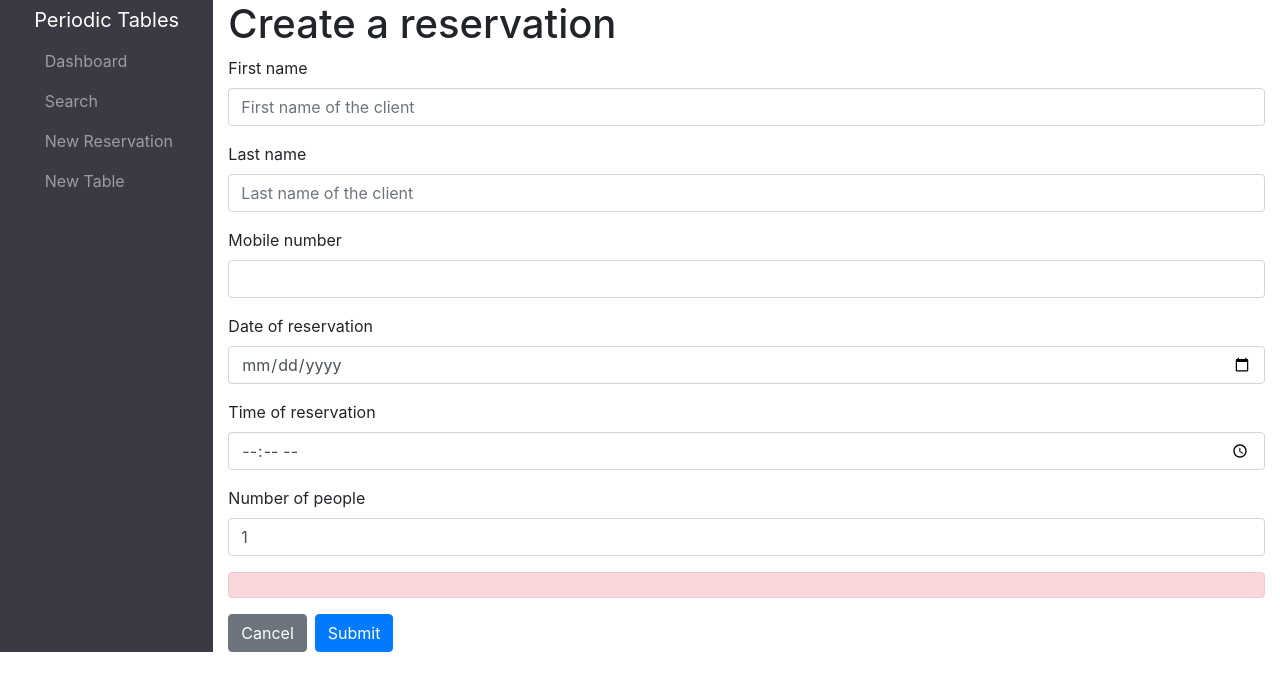
Repository: EMERIC237/resto-client
Page: /reservations/new
The author's editor kept a copy of each file at every save. The page is drawn from the files as they stood at one save, then again after a run of saves.
The browser window is 1280 px wide. The pictures show the whole page.
The page's requests for data from a server got no answer. Some web fonts or font styles are not loaded; a fallback is used. The project was rebuilt for these pictures with package versions that can differ from the ones it lists, and the page was loaded fresh each time. No one was signed in, and anything a server would have sent is missing. Also part of the build but not shown: src/dashboard/ReservationsList.js, src/dashboard/TableUnit.js, src/dashboard/TablesList.js, src/dashboard/Dashboard.js, src/layout/NotFound.js, src/tables/TableForm.js, src/tables/CreateTable.js, src/reservations/SeatForm.js and 3 more.

Above is the page before, as saved 2021-09-20 20:35:34.

After the next 3 saves:
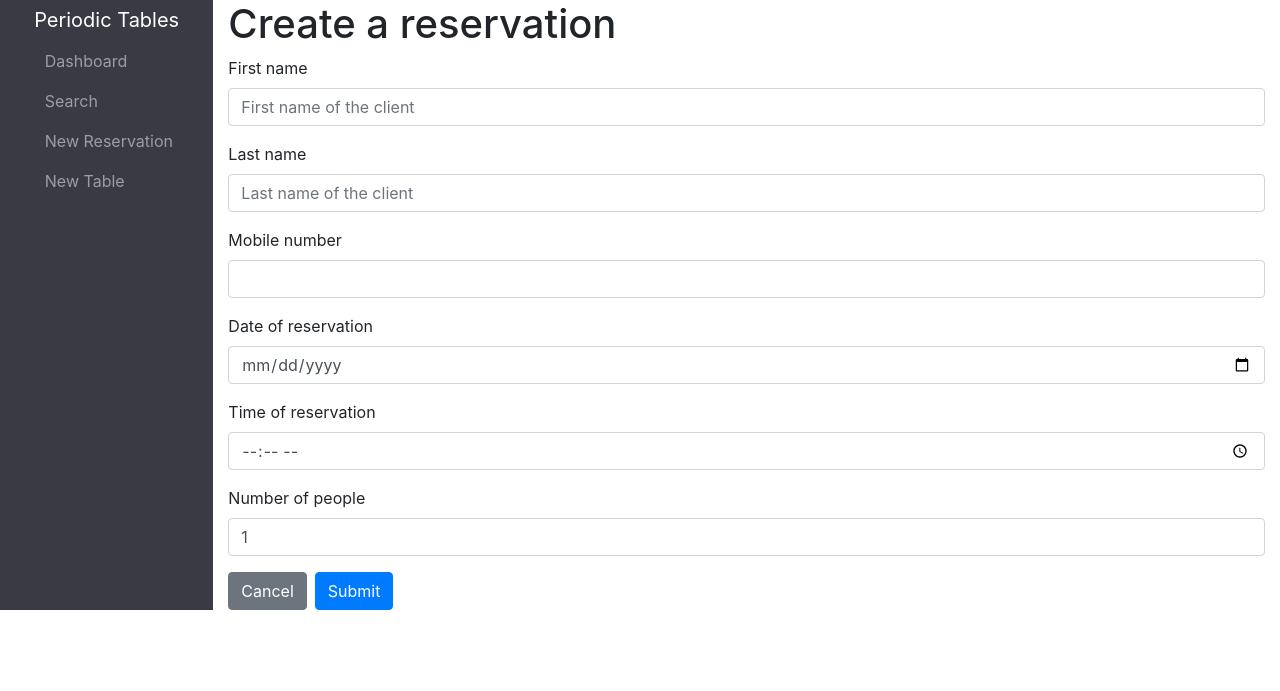
The 3 saves are shown as one change because they came seconds apart.
The last was saved 23 s later.
--- a/src/reservations/ReservationForm.js
+++ b/src/reservations/ReservationForm.js
@@ -3,7 +3,7 @@
 function ReservationForm({
   onSubmit,
   onCancel,
-  creationError,
+  error,
   initialState = {
     first_name: "",
     last_name: "",
@@ -110,8 +110,8 @@
               onChange={changeHandler}
             />
           </div>
-          {creationError ? (
-            <div className="alert alert-danger"> {creationError.message}</div>
+          {error ? (
+            <div className="alert alert-danger"> {error.message}</div>
           ) : null}
           <button
             type="button"

After the 2 saves that followed:
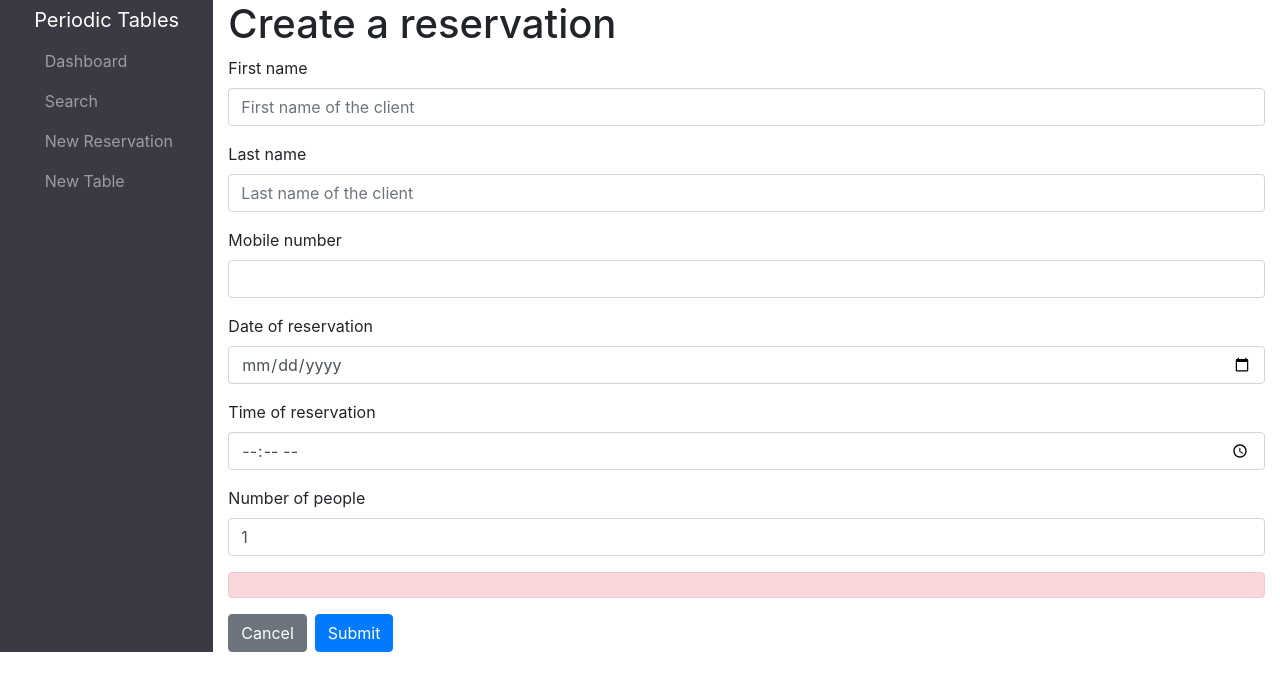
The 2 saves are shown as one change because 1 left the picture as it was.
The last was saved 68 s later.
--- a/src/reservations/CreateReservation.js
+++ b/src/reservations/CreateReservation.js
@@ -41,7 +41,7 @@ export default function CreateReservation() {
       <ReservationForm
         onCancel={cancel}
         onSubmit={submitHandler}
-        creationError={creationError}
+        Error={creationError}
       />
     </>
   );
--- a/src/reservations/ReservationForm.js
+++ b/src/reservations/ReservationForm.js
@@ -3,7 +3,7 @@
 function ReservationForm({
   onSubmit,
   onCancel,
-  error,
+  Error,
   initialState = {
     first_name: "",
     last_name: "",
@@ -110,8 +110,8 @@
               onChange={changeHandler}
             />
           </div>
-          {error ? (
-            <div className="alert alert-danger"> {error.message}</div>
+          {Error ? (
+            <div className="alert alert-danger"> {Error.message}</div>
           ) : null}
           <button
             type="button"
